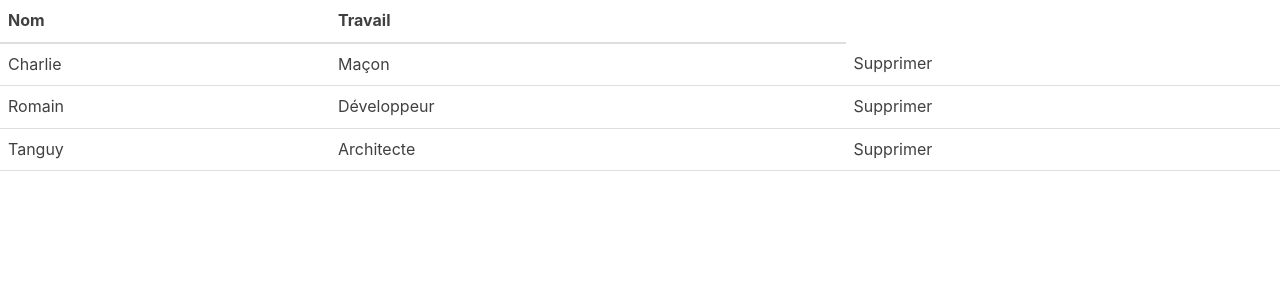
Repository: romgrm/firstAppInReact
Page: /
The author's editor kept a copy of each file at every save. The page is drawn from the files as they stood at one save, then again after the next save.
The browser window is 1280 px wide. The pictures show the whole page.
The project was rebuilt for these pictures with package versions that can differ from the ones it lists, and the page was loaded fresh each time.

Above is the page before, as saved 2020-11-15 19:19:40.

After the next save:
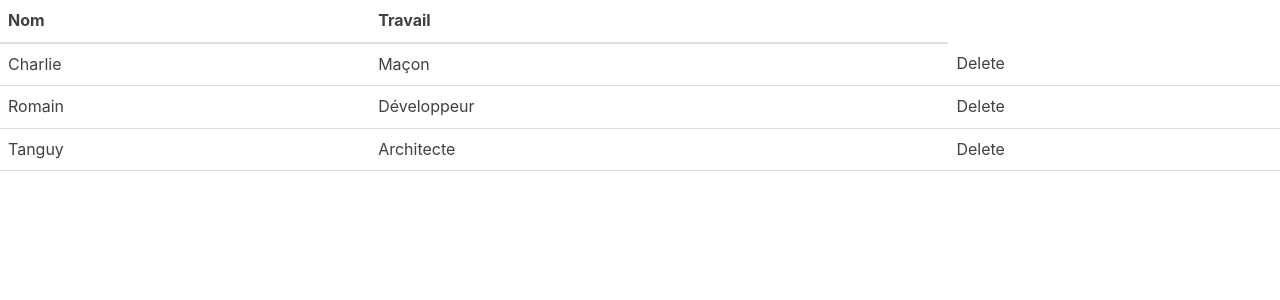
Saved 59 s later.
--- a/src/Table.js
+++ b/src/Table.js
@@ -17,7 +17,7 @@ const TableBody = (props) => {
             <tr key={index}>
                 <td>{row.nom}</td>
                 <td>{row.travail}</td>
-                <td onClick={() => props.suppPerso(index)}> Supprimer </td>
+                <td onClick={() => props.suppPerso(index)}> Delete </td>
             </tr>
             )
     })
